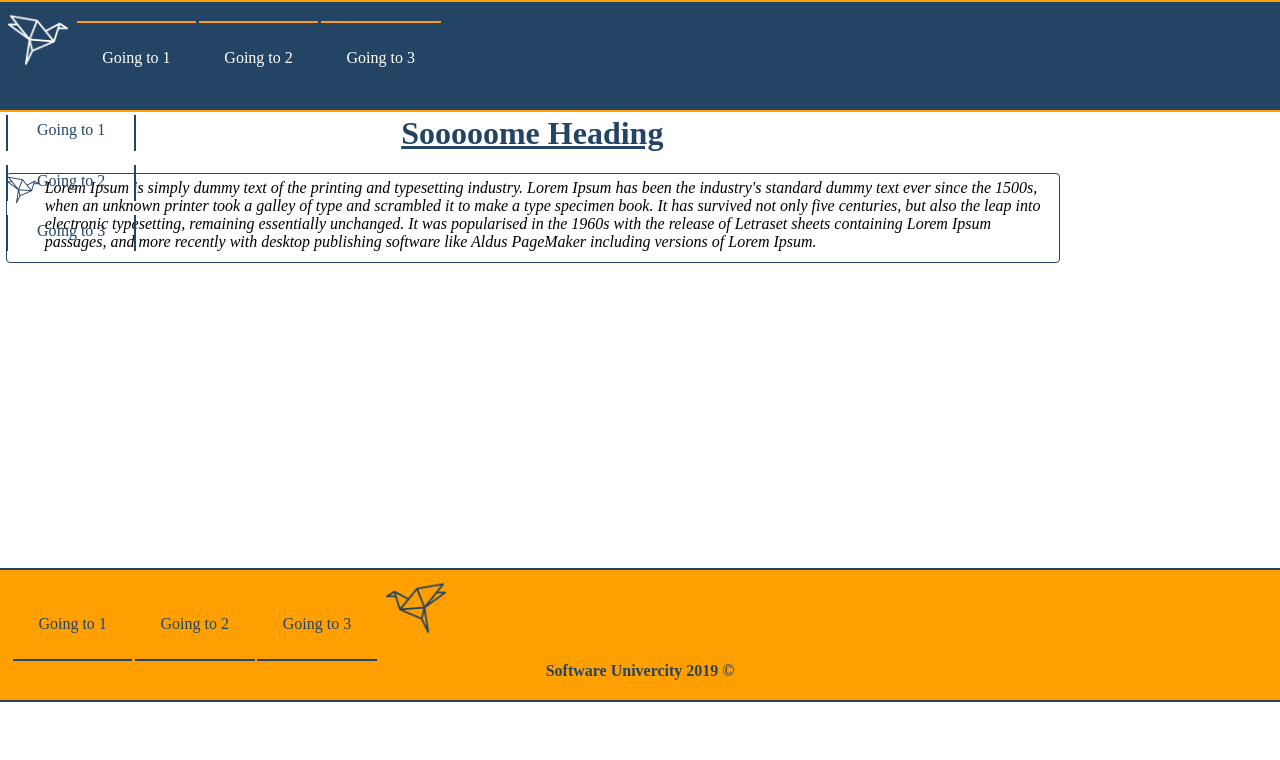
Repository: vsterev/origami
Page: /
The author's editor kept a copy of each file at every save. The page is drawn from the files as they stood at one save, then again after the next save.
The browser window is 1280 px wide. The pictures show the whole page.
The project was rebuilt for these pictures with package versions that can differ from the ones it lists, and the page was loaded fresh each time.

Above is the page before, as saved 2020-07-12 16:51:36.

After the next save:
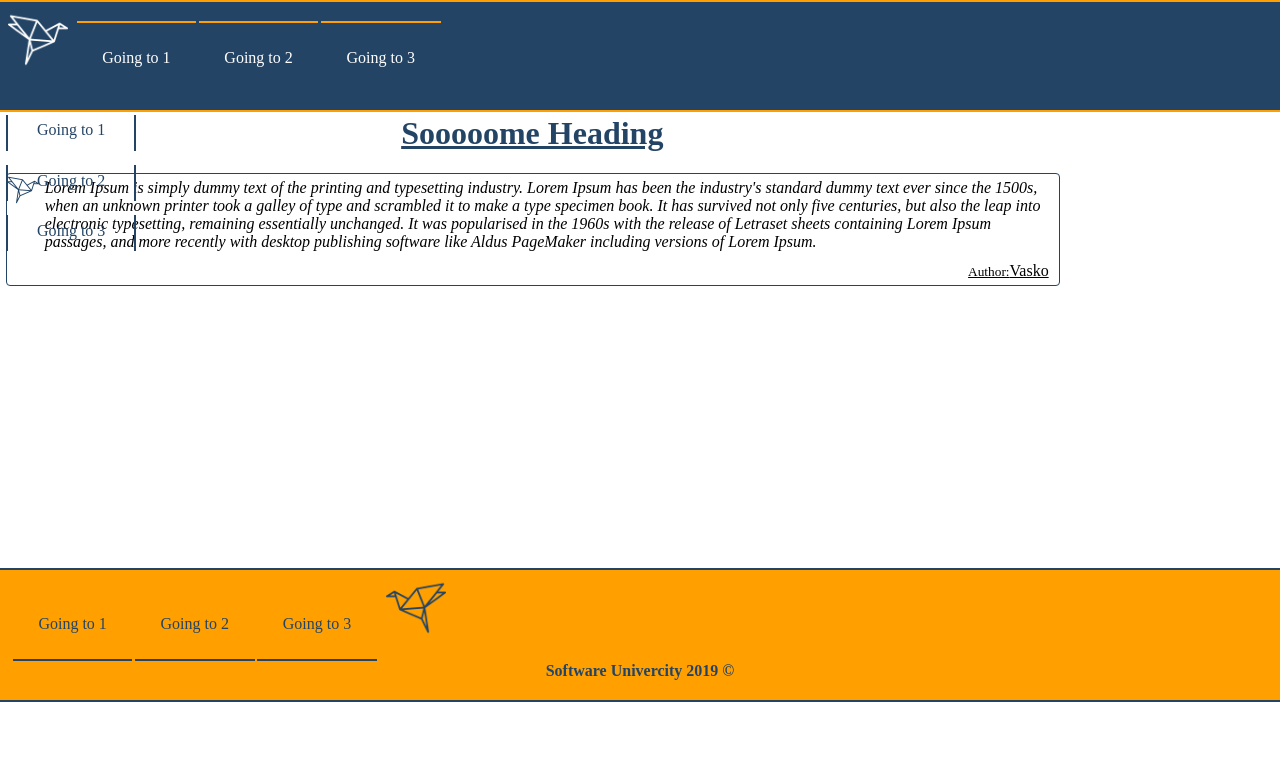
Saved 90 s later.
--- a/src/components/post/index.js
+++ b/src/components/post/index.js
@@ -7,6 +7,12 @@
             <p className="description">
             Lorem Ipsum is simply dummy text of the printing and typesetting industry. Lorem Ipsum has been the industry's standard dummy text ever since the 1500s, when an unknown printer took a galley of type and scrambled it to make a type specimen book. It has survived not only five centuries, but also the leap into electronic typesetting, remaining essentially unchanged. It was popularised in the 1960s with the release of Letraset sheets containing Lorem Ipsum passages, and more recently with desktop publishing software like Aldus PageMaker including versions of Lorem Ipsum.
             </p>
+            <div>
+                <span>
+                   <small>Author:</small>
+                   Vasko
+                </span>
+            </div>
         </div>
     )
 }
